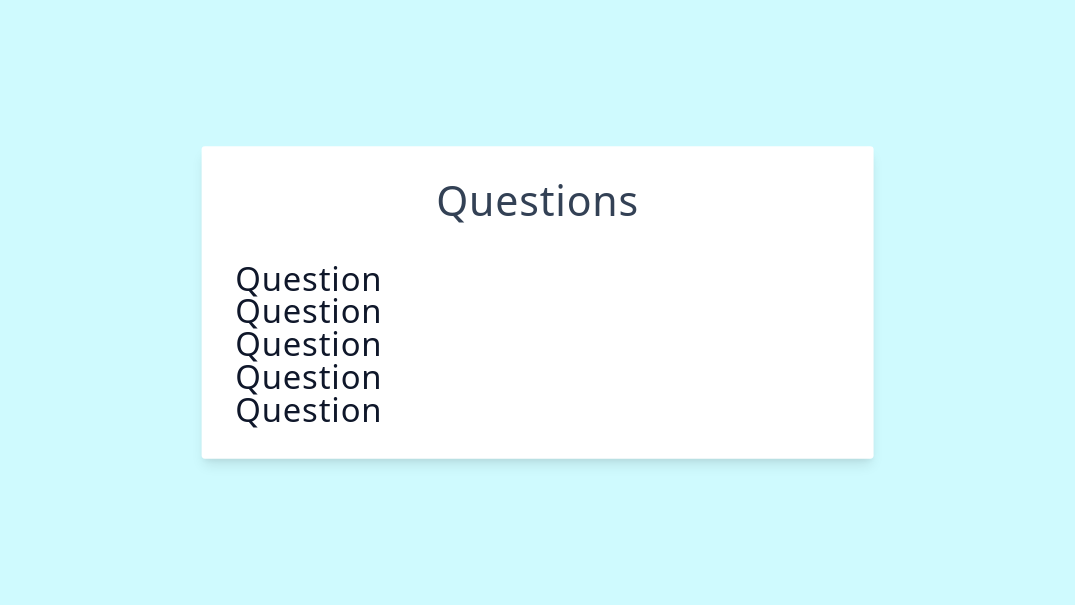
Repository: Maryie-B/React-Practice-Projects
Page: / (app in Accordion/)
The author's editor kept a copy of each file at every save. The page is drawn from the files as they stood at one save, then again after the next save.
The browser window is 1280 px wide. The pictures show the whole page, at 84% of full size.
The project was rebuilt for these pictures with package versions that can differ from the ones it lists, and the page was loaded fresh each time. Also part of the build but not shown: Accordion/vite.config.js.

Above is the page before, as saved 2023-06-07 12:28:54.

### Accordion/src/App.jsx
import Questions from "./Questions";
import data from "./data";
import { useState } from "react";

const App = () => {
  const [questions, setQuestions] = useState(data);

  return <main>
    <Questions questions={questions} />
    </main>;
};
export default App;

### Accordion/src/Questions.jsx
import React from 'react'
import SingleQuestion from './SingleQuestion';

const Questions = ({questions}) => {
  return (
    <section className='container'>
      <h1>Questions</h1>
      {questions.map((question) => {
        return <SingleQuestion key={question.id} {...question} />
      })}
    </section>
  )
}

export default Questions;

### Accordion/src/data.js
const questions = [
  {
    id: 1,
    title: 'Do I have to allow the use of cookies?',
    info: 'Unicorn vinyl poutine brooklyn, next level direct trade iceland. Shaman copper mug church-key coloring book, whatever poutine normcore fixie cred kickstarter post-ironic street art.',
  },
  {
    id: 2,
    title: 'How do I change my My Page password?',
    info: 'Coloring book forage photo booth gentrify lumbersexual. Migas chillwave poutine synth shoreditch, enamel pin thundercats fashion axe roof party polaroid chartreuse.',
  },
  {
    id: 3,
    title: 'What is BankID?',
    info: 'Enamel pin fam sustainable woke whatever venmo. Authentic asymmetrical put a bird on it, lumbersexual activated charcoal kinfolk banjo cred pickled sartorial.',
  },
  {
    id: 4,
    title: 'Whose birth number can I use?',
    info: 'Edison bulb direct trade gentrify beard lo-fi seitan sustainable roof party franzen occupy squid. Knausgaard cronut succulents, scenester readymade shabby chic lyft. Copper mug meh vegan gentrify.',
  },
  {
    id: 5,
    title: 'When do I recieve a password ordered by letter?',
    info: 'Locavore franzen fashion axe live-edge neutra irony synth af tilde shabby chic man braid chillwave waistcoat copper mug messenger bag. Banjo snackwave blog, microdosing thundercats migas vaporware viral lo-fi seitan ',
  },
];
export default questions;

### Accordion/src/SingleQuestion.jsx
import React from 'react'
import { AiOutlineMinus } from 'react-icons/ai';

const SingleQuestion = () => {
  return (
    <h2>
      Question
    </h2>
  )
}

export default SingleQuestion

Loaded but not shown: Accordion/index.html (common file); Accordion/src/main.jsx (common file); Accordion/src/index.css (common file)

After the next save:
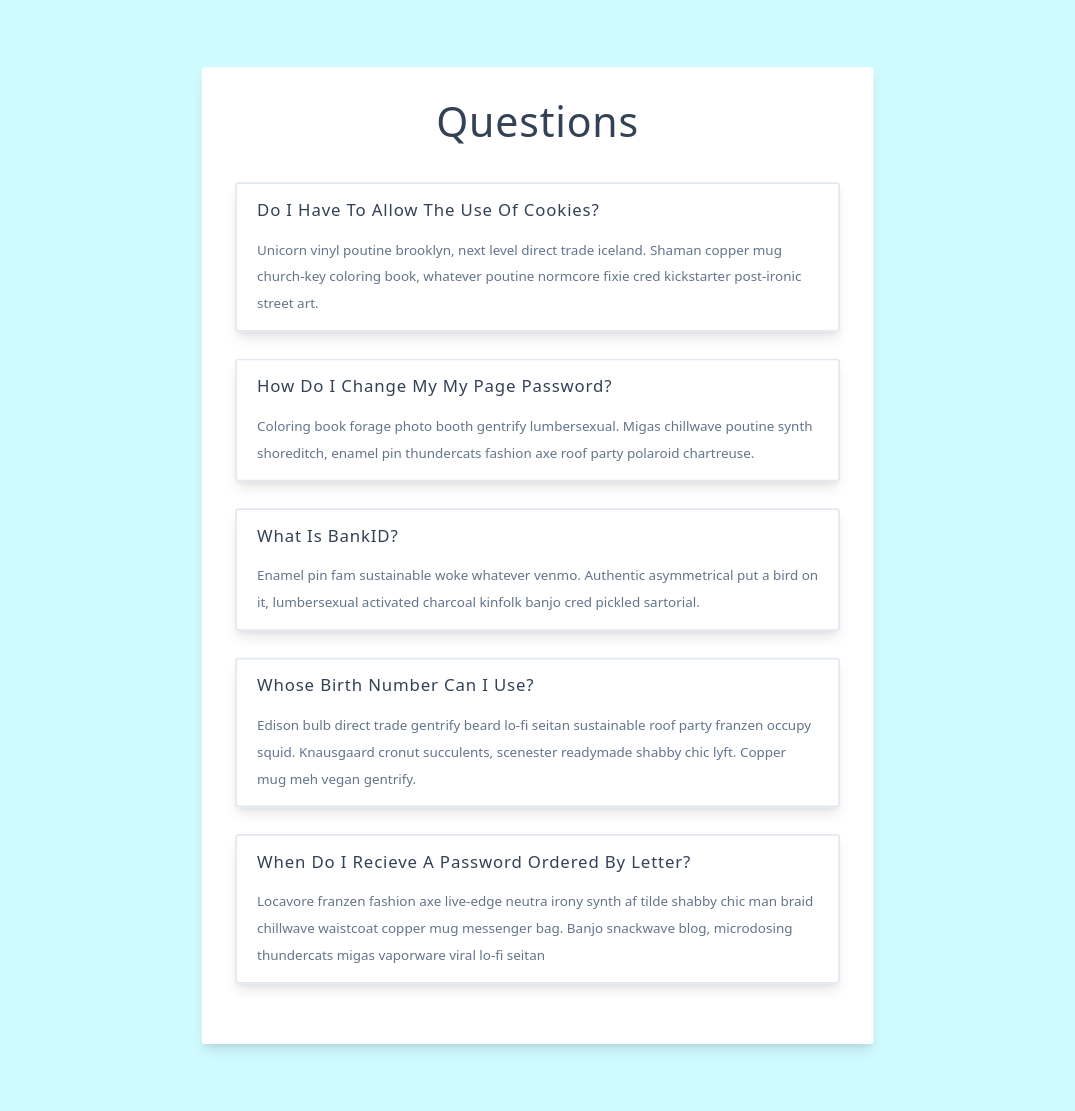
Saved 3 min 25 s later.
--- a/Accordion/src/SingleQuestion.jsx
+++ b/Accordion/src/SingleQuestion.jsx
@@ -1,11 +1,17 @@
-import React from 'react'
-import { AiOutlineMinus } from 'react-icons/ai';
+import React,{ useState }from 'react'
+import { AiOutlineMinus, AiOutlinePlus } from 'react-icons/ai';
 
-const SingleQuestion = () => {
+const SingleQuestion = ({title, info}) => {
+  const [showInfo, setShowinfo] = useState(false);
+
+
   return (
-    <h2>
-      Question
-    </h2>
+    <article className='question'>
+      <header>
+        <h5>{title}</h5>
+      </header>
+      <p>{info}</p>
+    </article>
   )
 }
 
